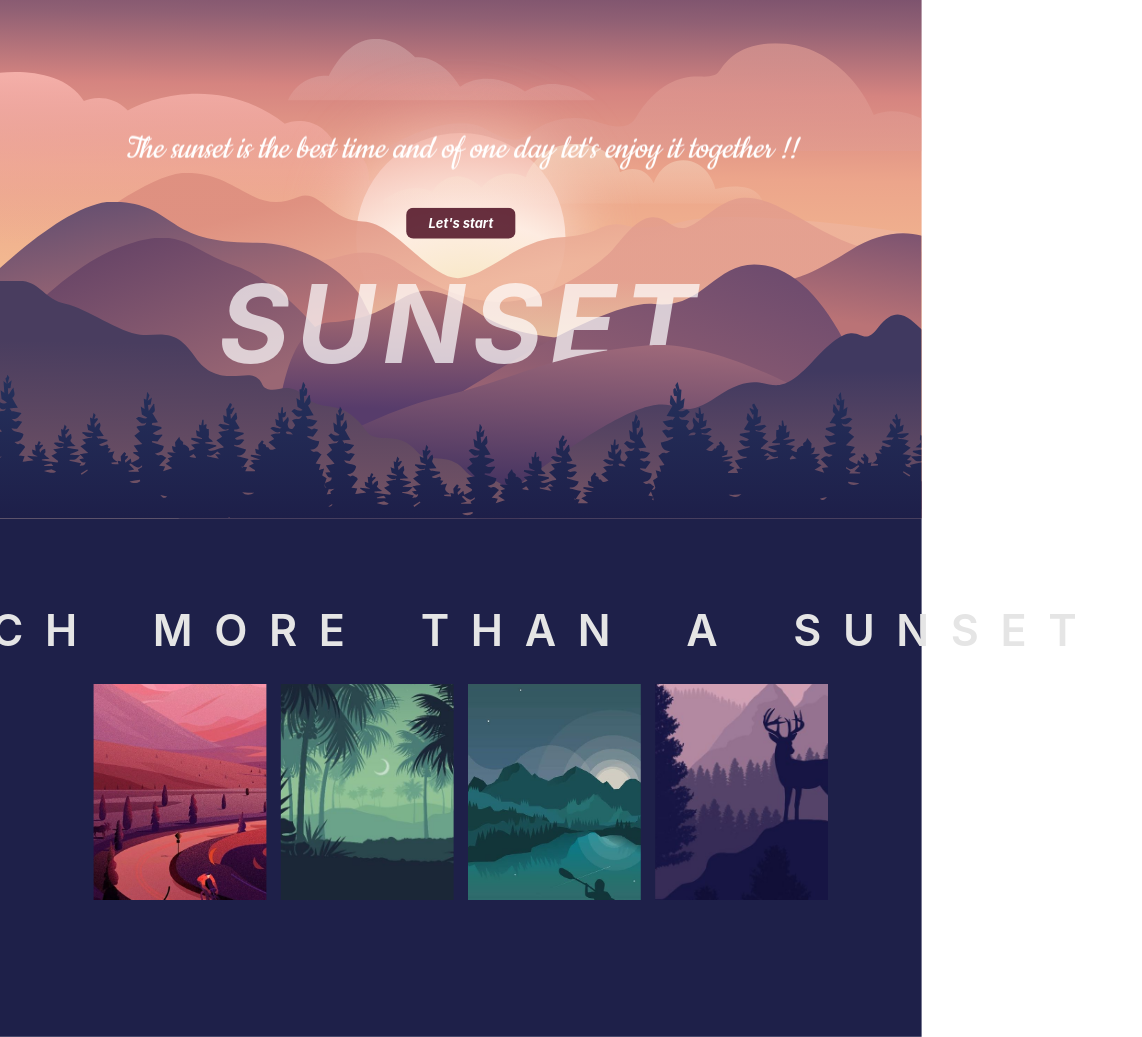
Repository: nambui98/parallax
Page: /
The author's editor kept a copy of each file at every save. The page is drawn from the files as they stood at one save, then again after the next save.
The browser window is 1280 px wide. The page is 1526 px wide, then 1586 px, then 1526 px, so the pictures cover 1586 px, including what lies to the right of the window. The pictures show the whole page, at 72% of full size.
The project was rebuilt for these pictures with package versions that can differ from the ones it lists, and the page was loaded fresh each time. Also part of the build but not shown: vite.config.ts.

Above is the page before, as saved 2022-03-24 16:26:04.

### src/App.tsx
import { useEffect, useRef, useState } from 'react'
import { Link, useLocation, useNavigate } from 'react-router-dom';
import bg_1 from './assets/images/bg_1.svg'
import bg_2 from './assets/images/bg_2.svg'
import bg_3 from './assets/images/bg_3.svg'
import bg_4 from './assets/images/bg_4.svg'
import bg_5 from './assets/images/bg_5.svg'
import bg_6 from './assets/images/bg_6.svg'
import bg_7 from './assets/images/bg_7.svg'
import bg_8 from './assets/images/bg_8.svg'
import bg_9 from './assets/images/bg_9.svg'
import bg_10 from './assets/images/bg_10.svg'
import bg_11 from './assets/images/bg_11.svg'
import content1 from './assets/images/content1.png'
import content2 from './assets/images/content2.svg'
import content3 from './assets/images/content3.svg'
import content4 from './assets/images/content4.svg'
import icon from './assets/images/icon.svg'
import './App.scss'

function App() {
  let location = useLocation();
  console.log(location);

  const bg_1Ref = useRef<any>()
  const bg_2Ref = useRef<any>()
  const bg_3Ref = useRef<any>()
  const bg_4Ref = useRef<any>()
  const bg_5Ref = useRef<any>()
  const bg_6Ref = useRef<any>()
  const bg_7Ref = useRef<any>()
  const bg_8Ref = useRef<any>()
  const bg_9Ref = useRef<any>()
  const bg_10Ref = useRef<any>()
  const bg_11Ref = useRef<any>()
  const h3Ref = useRef<any>()
  const h1Ref = useRef<any>()
  const bannerRef = useRef<any>()
  const btnRef = useRef<any>()
  const h1p2Ref = useRef<any>()

  // console.log(location);

  useEffect(() => {
    window.addEventListener("scroll", () => {
      let value = window.scrollY;
      // h3Ref.current.style =
      // bg_1Ref.current.style.left = `calc(${value}px + 40rem)`;
      bg_9Ref.current.style.transform = `scale(${1 + value * 0.0005})`
      bg_10Ref.current.style.transform = `scale(${1 + value * 0.0005})`
      bg_8Ref.current.style.transform = `scale(${1 + value * 0.0005})`
      bg_7Ref.current.style.transform = `scale(${1 + value * 0.0005})`
      bg_6Ref.current.style.transform = `scale(${1 + value * 0.0005})`
      bg_5Ref.current.style.transform = `scale(${1 + value * 0.0005})`
      bg_4Ref.current.style.transform = `translateX(-50%) scale(${1 + value * 0.0005})`
      bg_3Ref.current.style.transform = `scale(${1 + value * 0.0005})`
      bg_2Ref.current.style.transform = `scale(${1 + value * 0.0005})`
      bg_1Ref.current.style.transform = `scale(${1 + value * 0.0005})`
      bg_11Ref.current.style.transform = `scale(${1 + value * 0.0004})`

      h3Ref.current.style.transform = `translateZ(${value * 0.8}px) scale(${1 + (value * 0.0009)})`
      h1Ref.current.style.transform = `translateY(${value * 0.2}px)`
      btnRef.current.style.transform = `translate(-50%, calc(-50% - ${value * 0.2}px))`
      h1p2Ref.current.style.transform = `scale(${0.5 + (1 - value * 0.0004)})`
      h1p2Ref.current.style.letterSpacing = `${-value * 0.001 + 2}rem`
      h1p2Ref.current.style.wordSpacing = `${- value * 0.001 + 2}rem`
      // h1p2Ref.current.style.fontWeight = `${- value * 0.001 + 2}rem`

    })

    return () => {
      window.removeEventListener("scroll", () => {

      })
    }
  }, [])
  useEffect(() => {
    let url = window.location.href.split("/");
    // debugger
    let target = url[url.length - 1].toLowerCase();
    let element = document.getElementById(target);
    element && element.scrollIntoView({ behavior: "smooth", block: "start" });
  }, [location]);
  return (
    <div className="App">
      <div className="main">
        <div className="banner" id='home' ref={bannerRef}>
          <img className='bg_1' ref={bg_1Ref} src={bg_1} alt="" />
          <img className='bg_2' ref={bg_2Ref} src={bg_2} alt="" />
          <img className='bg_3' ref={bg_3Ref} src={bg_3} alt="" />
          <img className='bg_4' ref={bg_4Ref} src={bg_4} alt="" />
          <img className='bg_5' ref={bg_5Ref} src={bg_5} alt="" />
          <img className='bg_6' ref={bg_6Ref} src={bg_6} alt="" />
          <img className='bg_7' ref={bg_7Ref} src={bg_7} alt="" />
          <img className='bg_8' ref={bg_8Ref} src={bg_8} alt="" />
          <img className='bg_9' ref={bg_9Ref} src={bg_9} alt="" />
          <img className='bg_10' ref={bg_10Ref} src={bg_10} alt="" />
          <img className='bg_11' ref={bg_11Ref} src={bg_11} alt="" />

          <h3 ref={h3Ref}>The sunset is the best time and of one day let's enjoy it together !!</h3>
          <h1 ref={h1Ref}>Sunset</h1>
        </div>
        <Link to="/content" className="btn" ref={btnRef}>Let's start</Link>
        <div className="content" id="content">
          <h1 ref={h1p2Ref}> <Link to="/home" className='content__link'><img src={icon} alt="" /></Link> Much more than a sunset</h1>
          <div className="content__list">
            <div className="content__card">
              <div className="content__bg">
              </div>
              <h3 className='content__txt'>Enjoy the scenery on the road</h3>
            </div>
            <div className="content__card">
              <div className="content__bg content__bg--2">
              </div>
              <h3 className='content__txt'>Enjoy the scenery on the road</h3>
            </div>
            <div className="content__card">
              <div className="content__bg content__bg--3">
              </div>
              <h3 className='content__txt'>Enjoy the scenery on the road</h3>
            </div>
            <div className="content__card">
              <div className="content__bg content__bg--4">
              </div>
              <h3 className='content__txt'>Enjoy the scenery on the road</h3>
            </div>
          </div>
        </div>
      </div>
    </div>
  )
}

export default App

### src/App.scss
@import url('https://fonts.googleapis.com/css2?family=Cookie&display=swap');
*,
*::after,
*::before{
  padding: 0;
  margin: 0;
  box-sizing: inherit;
}
html{
  font-size: 62.5%;
  box-sizing: border-box;
}
.main{
  // perspective: 1px;

}
.banner{
  background: linear-gradient(181.12deg, #6D4869 -4.47%, #906074 5.09%, #D58480 18.15%, #ECA58B 34.03%, #F8C995 69.69%);
  height: 100vh;
  position: relative;
  z-index: -1;
  overflow: hidden;
  perspective: 1000px;
  h3{
    position: absolute;
    top: 18rem;
    width: 100%;
    font-size: 5rem;
    font-weight: 400;
    font-style: italic;
    color: #fff;
    font-family: 'Cookie', cursive;
    text-align: center;
    // left: 50%;
    // transform: translateX(-50%);
  }
  h1{
    position: absolute;
    bottom: 18rem;
    width: 100%;
    font-size: 15rem;
    font-style: italic;
    color: rgba(255, 255, 255, .7);
    text-align: center;
    text-transform: uppercase;
    z-index: 0;
    letter-spacing: 1rem;
  }
  img{
    position: absolute;
    z-index: 0;
    &.bg_1{
      top: 5.4rem;
      left: 40rem;
    }
    &.bg_2{
      left: 0;
      top: 10rem;
    }
    &.bg_3{
      right: 0;
      top: 6rem;
    }
    &.bg_4{
      left: 50%;
      top: 8rem;
      transform: translateX(-50%);
      // top: 28.6rem;
      width: 50rem;
    }
    &.bg_5{
      right: 22rem;
      top: 20rem;
    }
    &.bg_6{
      right: 0;
      left: 0;
      top: 24rem;
      width: 100%;
    }
    &.bg_7{
      right: 0;
      left: 0;
      top: 28rem;
      width: 100%;
      // z-index: 1;
    }
     &.bg_8{
      bottom: -3rem;
      width: 100%;
      z-index: 2;
    }
    &.bg_9{
      width: 100%;
      top: 33rem;
      // z-index: 1;
    }
    &.bg_10{
      bottom: -6rem;
      z-index: 1;
    }
    &.bg_11{
      bottom: 0rem;
      width: 100%;
      z-index: 2;
    }
  }
}
.btn{
  z-index: 100;

  position: absolute;
  top: calc(50% - 5rem);
  left: 50%;
  transform: translate(-50%, -50%);
  border: none;
  background: rgba(65, 0, 22, 0.8);
  font-style: italic;
  color: #fff;
  padding: 1rem 3rem;
  border-radius: 1rem;
  cursor: pointer;
  font-size: 1.8rem;
  font-weight: 700;
  border: 1px solid transparent;
  // transition: .3s all;
  text-decoration: none;
  &:hover{
    color: rgba(65, 0, 22, 0.8);
    background: transparent;
    border-color: rgba(65, 0, 22, 0.8);
  }
}
.content{
  height: 100vh;
  width: 100%;
  background-color: #1E2049;
}
.content{
  display: flex;
  align-items: center;
  flex-direction: column;
  h1{
    color: #E5E5E5;
    font-size: 4rem;
    font-weight: 600;
    margin-top: 13rem;
    display: flex;
    align-items: center;
    letter-spacing: .3rem;
    text-transform: uppercase;

    img{
      height: 5rem;
      cursor: pointer;
      display: block;
      transition: .3s all;
      &:hover{
        transform: translateX(-1rem);
      }
    }
  }
  &__list{
    display: flex;
    justify-content: space-between;
    gap: 2rem;
    height: 30rem;
    margin-top: 5rem;
  }
  &__card{
    width: 24rem;
    overflow: hidden;
    position: relative;
    cursor: pointer;
  }
  &__bg{
    transform: scaleX(-1);
    position: absolute;
    inset: 0;
    &::before{
      content:"";
      background-image: url(./assets/images/content1.png);
      background-size: cover;
      background-position-x: -3rem;
      background-position-y: -10rem;
      background-repeat: no-repeat;
      background-origin: content-box;
      position: absolute;
      inset: 0;
      transform: scale(1.5);
      transition: .3s all;
    }
    &--2{
      transform: scaleX(-1);
      &::before{
        background-image: url(./assets/images/content2.png);
        // background-position-x: 0;
        background-position-y: 0;
      }
    }
    &--3{
      &::before{
        background-image: url(./assets/images/content3.png);
        // background-position-x: right;
        // background-position-y: top;
      }
    }
    &--4{
    &::before{
      background-image: url(./assets/images/content4.png);
      // background-position-x: right;
      // background-position-y: top;
    }
  }

  }
  &__img{
    width: 100%;
    height: 100%;
    object-fit: cover;
  }
  &__txt{
    height: 9.4rem;
    background: rgba(0, 0, 0, 0.1);
    backdrop-filter: blur(80px);
    position: absolute;
    bottom: 0;
    width: 100%;
    color: #E5E5E5;
    font-size: 2rem;
    font-weight: normal;
    padding: 2rem;
    // height: 0;
    transform: translateY(100%);
    opacity: 0;
    transition: .3s all;
  }
  &__card:hover &__txt{
    opacity: 1;
    transform: translateY(0);
  }
  &__card:hover &__bg::before{
    background-position-x: 0px;
    background-position-y: -15rem;
    transform: scale(1);
  }
   &__card:hover &__bg--2::before{
    background-position-x: 0px;
    background-position-y: -4.5rem;
  }
  // &__card:hover{
  //   height: calc(100% - 9.4rem);
  // }
}

Loaded but not shown: index.html (common file); src/main.tsx (common file); src/index.css (common file)

After the next save:
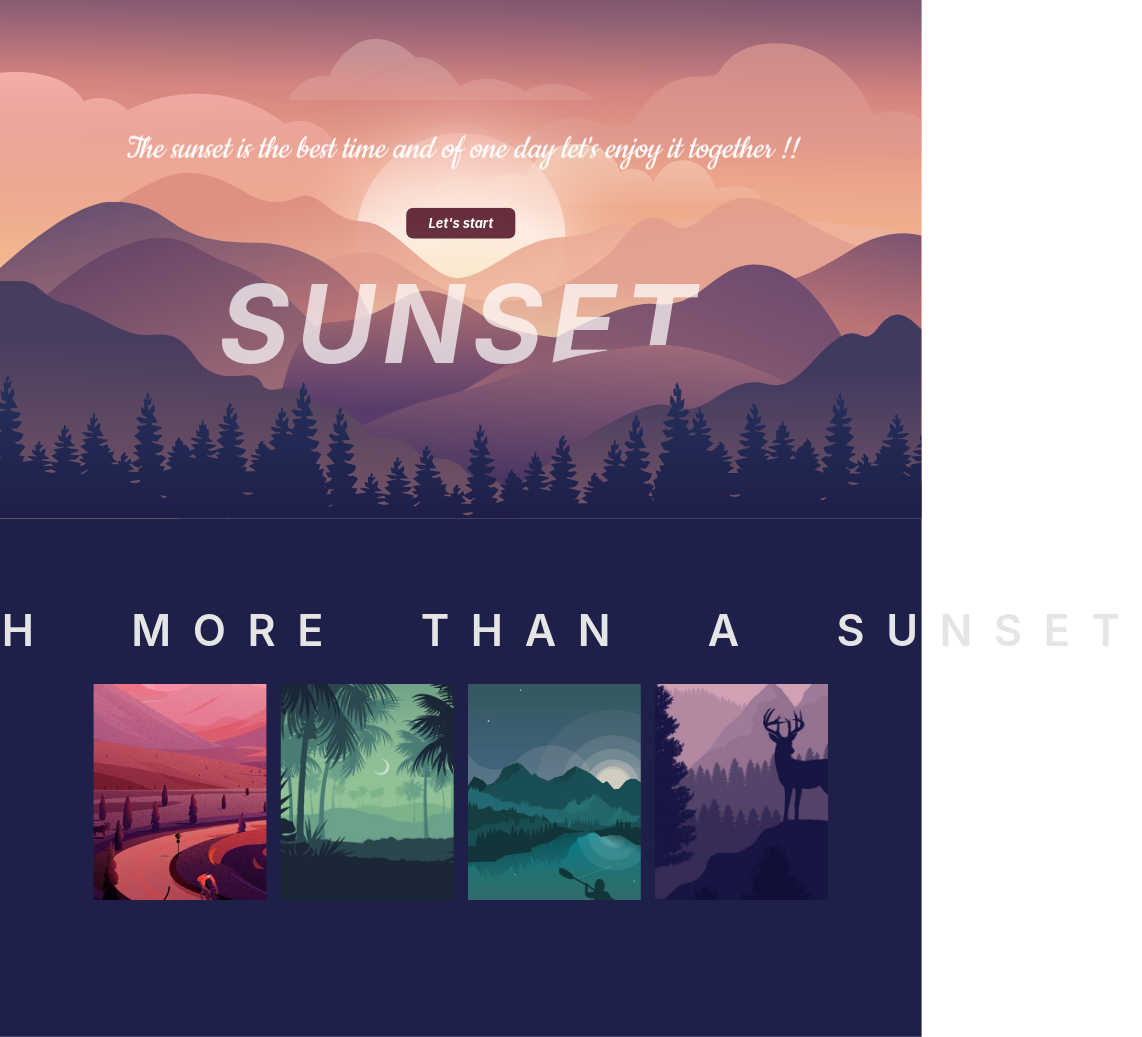
Saved 11 s later.
--- a/src/App.tsx
+++ b/src/App.tsx
@@ -63,7 +63,7 @@
       btnRef.current.style.transform = `translate(-50%, calc(-50% - ${value * 0.2}px))`
       h1p2Ref.current.style.transform = `scale(${0.5 + (1 - value * 0.0004)})`
       h1p2Ref.current.style.letterSpacing = `${-value * 0.001 + 2}rem`
-      h1p2Ref.current.style.wordSpacing = `${- value * 0.001 + 2}rem`
+      h1p2Ref.current.style.wordSpacing = `${- value * 0.001 + 4}rem`
       // h1p2Ref.current.style.fontWeight = `${- value * 0.001 + 2}rem`
 
     })

After the save that followed:
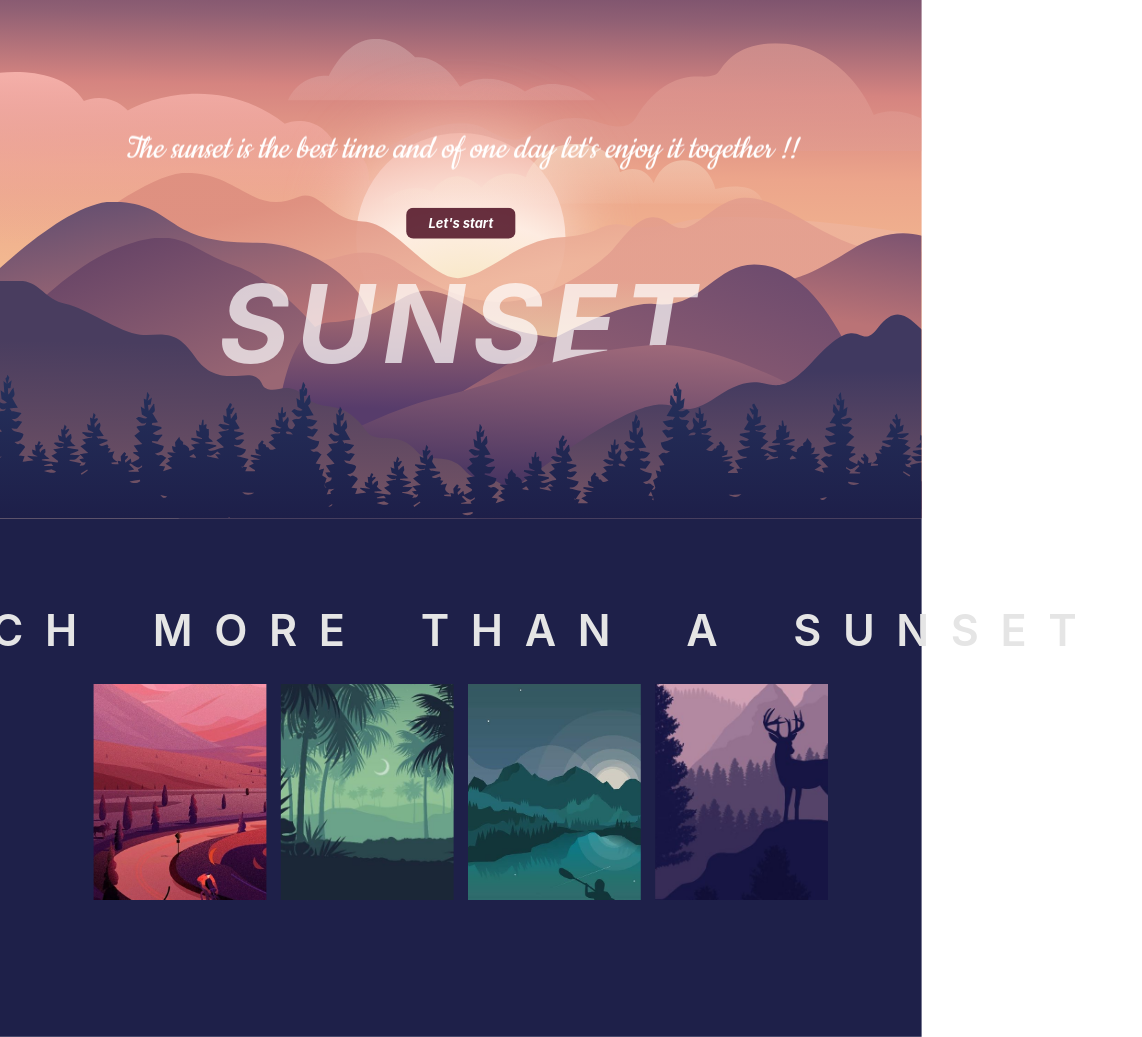
Saved 6 s later.
--- a/src/App.tsx
+++ b/src/App.tsx
@@ -63,7 +63,7 @@
       btnRef.current.style.transform = `translate(-50%, calc(-50% - ${value * 0.2}px))`
       h1p2Ref.current.style.transform = `scale(${0.5 + (1 - value * 0.0004)})`
       h1p2Ref.current.style.letterSpacing = `${-value * 0.001 + 2}rem`
-      h1p2Ref.current.style.wordSpacing = `${- value * 0.001 + 4}rem`
+      h1p2Ref.current.style.wordSpacing = `${- value * 0.001 + 2}rem`
       // h1p2Ref.current.style.fontWeight = `${- value * 0.001 + 2}rem`
 
     })
